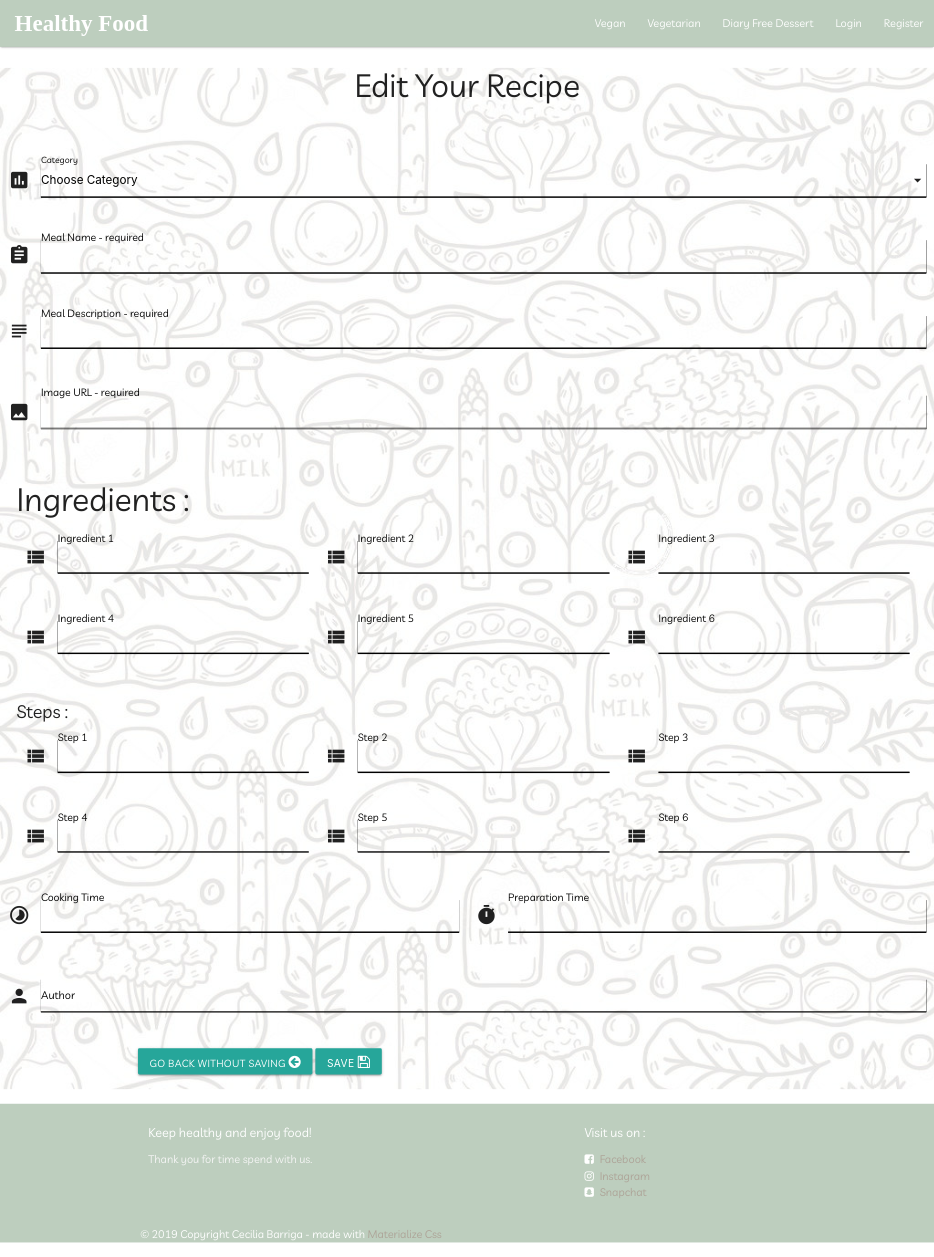
Repository: cesole/cookbook
Page: templates/edit_recipe.html
The author's editor kept a record of every edit. The page is drawn from the files as they stood at one moment, then again after the next edit.
The browser window is 1280 px wide. The pictures show the whole page, at 73% of full size.
Some web fonts or font styles are not loaded; a fallback is used. The page is served by the project's application, run on Flask 3 (app.py). The template is opened directly, without the code that normally fills it, so the values that code supplies are empty.

Above is the page before.

After the next edit:
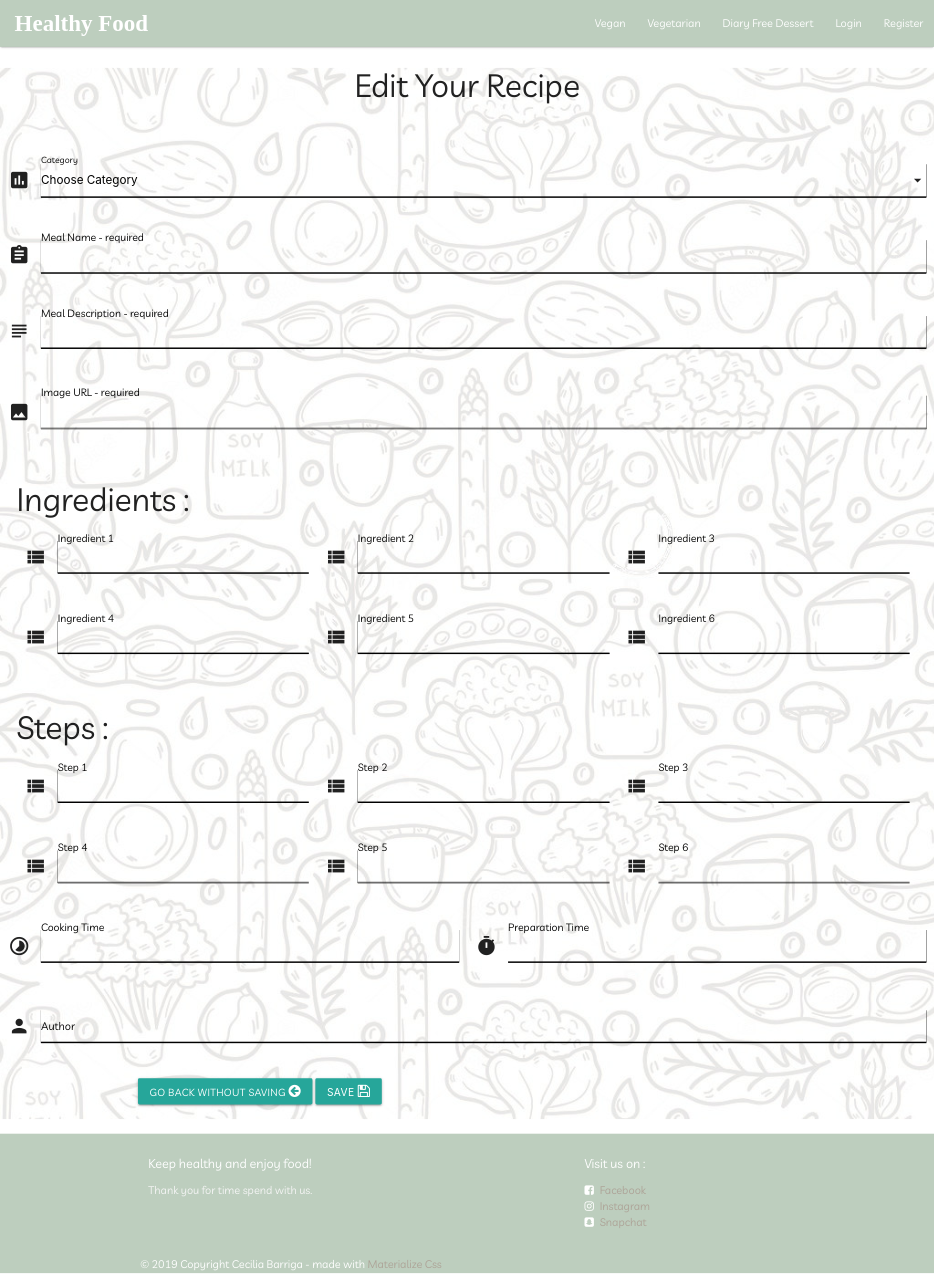
The edit:
--- a/templates/edit_recipe.html
+++ b/templates/edit_recipe.html
@@ -74,8 +74,8 @@
                 <label for="icon_telephone">Ingredient 6</label>
             </div>
         </div>
-        <div class="row col s12 m12">
-            <h5>Steps :</h5>
+        <div class="row col s12 m12 font-grey">
+            <h3>Steps :</h3>
             <div class="input-field col s12 m4">
                 <i class="material-icons prefix">view_list</i>
                 <textarea placeholder="" name="step_one" id="step_one" class="materialize-textarea">{{meal.step_one}}</textarea>
